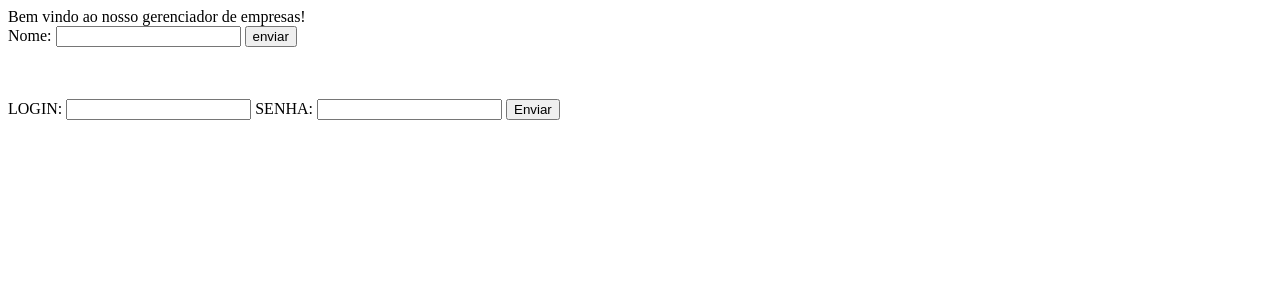
Repository: silllvio/alura
Page: workspace/gerenciador/WebContent/index.html
The author's editor kept a copy of each file at every save. The page is drawn from the files as they stood at one save, then again after the next save.
The browser window is 1280 px wide. The pictures show the whole page.

Above is the page before, as saved 2016-11-24 00:44:17.

### workspace/gerenciador/WebContent/index.html
<html>
<body>
	Bem vindo ao nosso gerenciador de empresas!
	<br />

	<form action="novaEmpresa" method="POST">
		Nome: <input type="text" name="nome"> <input type="submit"
			value="enviar">

	</form>

<br>
<br>
<form action="login" method="POST">
	LOGIN: <input type = "email" name= "email"/>
	SENHA: <input type = "password" name = "senha" />
		   <input type = "submit" value = "Enviar" />

</form>



</body>
</html>

After the next save:
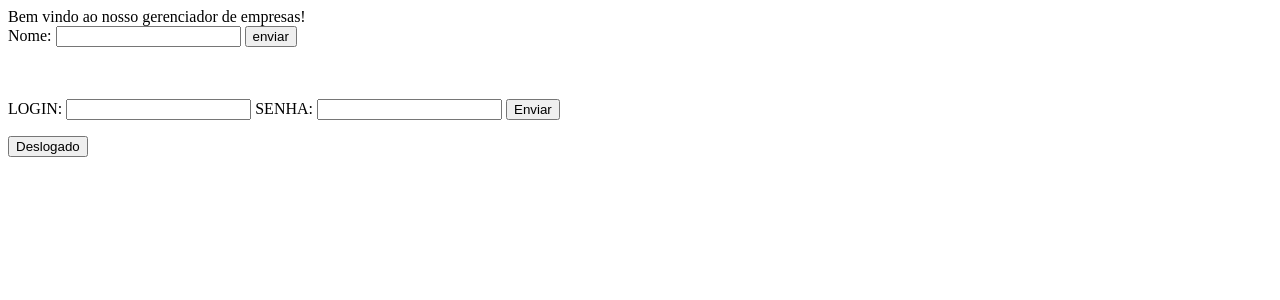
Saved 108 s later.
--- a/workspace/gerenciador/WebContent/index.html
+++ b/workspace/gerenciador/WebContent/index.html
@@ -18,6 +18,8 @@
 
 </form>
 
+<form action="logout" method="POST"></form>
+<input type="submit" value = "Deslogado" />
 
 
 </body>
